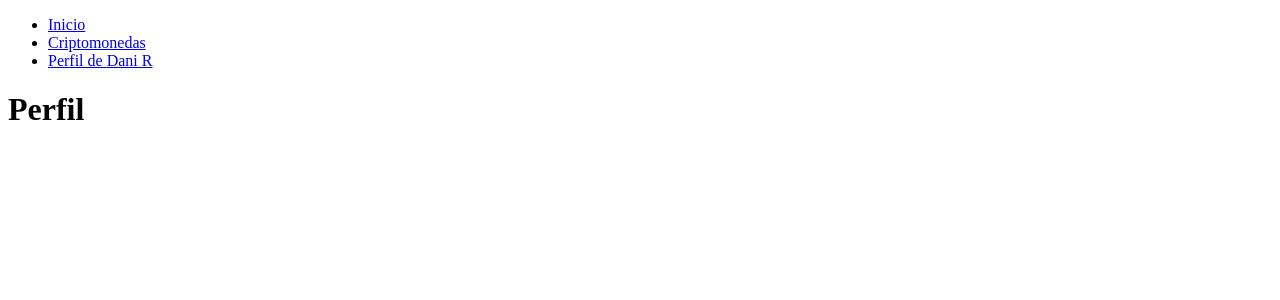
Repository: DaniWapp/appreact
Page: /perfil
These files come from the project's save history. The page is drawn as it stood at one moment and after the next save; the edit follows.
The browser window is 1280 px wide. The pictures show the whole page.
The project was rebuilt for these pictures with package versions that can differ from the ones it lists, and the page was loaded fresh each time. Also part of the build but not shown: vite.config.js, src/components/404.jsx, src/components/Cripto.css, src/components/Cripto.jsx, src/components/Index.jsx, src/components/Home.jsx, src/components/CriptoPage.jsx.

Above is the page before, as saved 2022-11-08 20:35:30.

### src/main.jsx
import React from 'react'
import ReactDOM from 'react-dom/client'
import { BrowserRouter, Route, Routes } from 'react-router-dom'
import App from './App'
import Pag404 from './components/404'
import Index from './components/Index'
import Home from "./components/Home"
import CriptoPage from './components/CriptoPage'
import Perfil from './components/Perfil'
import { UserContextProvider } from './context/UserContext'
ReactDOM.createRoot(document.getElementById('root')).render(
  <UserContextProvider>
    <BrowserRouter>
    <Routes>
    <Route path='/' element={<App />} >
        <Route index element={<Home />} />
        <Route path='/perfil' element={<Perfil></Perfil>} />
      </Route>
      <Route path='/criptomonedas' element={<App />} >
        <Route index element={<Index />} />
        <Route path=':id' element={<CriptoPage />} />
      </Route>
      <Route path='*' element={<Pag404 />} />
    </Routes>
  </BrowserRouter >
  </UserContextProvider>
)

### src/App.jsx
import { Outlet } from "react-router-dom"
import Menu from "./components/Menu"

const App = ()=>{
  return(
    <>
    <Menu/>
    <Outlet/>
    </>
  )
}

export default App

### src/components/Perfil.jsx
import { useContext } from "react"
import { UserContext } from "../context/UserContext"

const Perfil = ()=>{

    const usuario = useContext(UserContext)
    return (
        <>
        <h1>Perfil</h1>
        </>
    )
}

export default Perfil

### src/context/UserContext.jsx
import { createContext, useEffect, useState } from "react";

const UserContext = createContext()

const UserContextProvider = ({ children }) => {

const [usuario, setUsuario ] = useState({})
useEffect(() => {
setUsuario({
    name:"Dani R",
    registered: "19/nov/1981"
})

},[])

    return (
        <UserContext.Provider value={usuario}>
            { children }
        </UserContext.Provider>
    )
}

export {UserContext, UserContextProvider}

### src/components/Menu.jsx
import { useContext } from "react"
import { NavLink } from "react-router-dom"
import { UserContext } from "../context/UserContext"

const Menu = ()=>{

    const usuario = useContext(UserContext)

    return (
        <>
        <ul>
        <li><NavLink to="/">Inicio</NavLink></li>
        <li><NavLink to="/criptomonedas">Criptomonedas</NavLink></li>
        <li><NavLink to="/perfil">Perfil de {usuario.name}</NavLink></li>
        </ul>
        </>
    )
}

export default Menu

Loaded but not shown: index.html (common file)

After the next save:
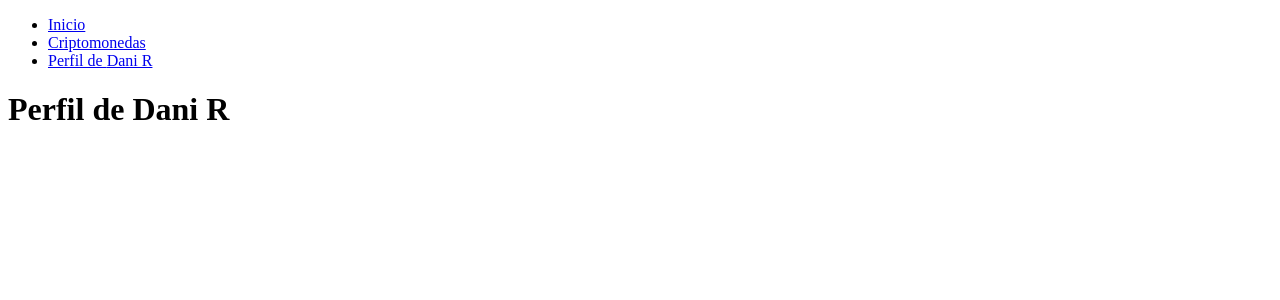
Saved 12 s later.
--- a/src/components/Perfil.jsx
+++ b/src/components/Perfil.jsx
@@ -6,7 +6,7 @@
     const usuario = useContext(UserContext)
     return (
         <>
-        <h1>Perfil</h1>
+        <h1>Perfil de {usuario.name}</h1>
         </>
     )
 }
